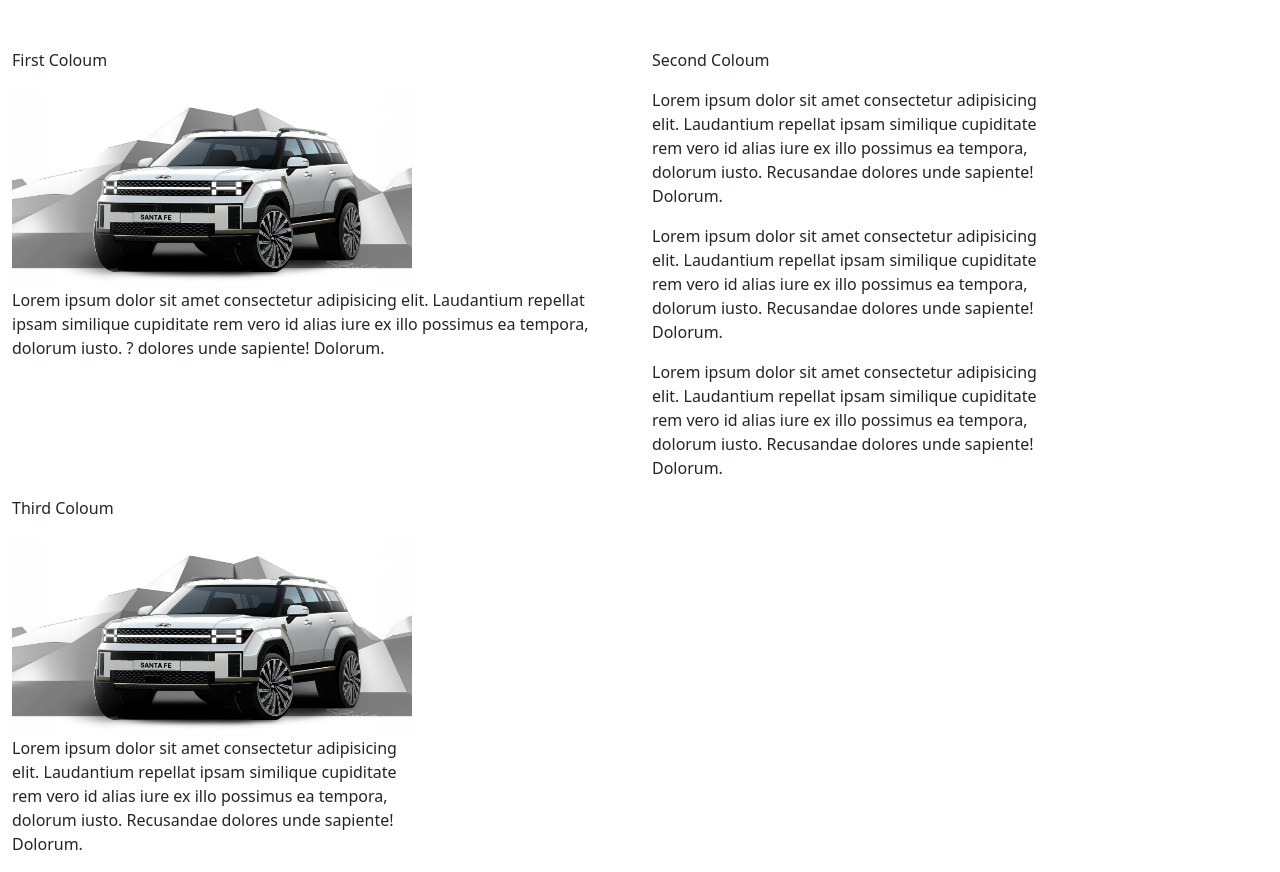
Repository: Femi007-gh/Classwork
Page: index.html
These files come from the project's save history. The page is drawn as it stood at one moment and after the next save; the edit follows.
The browser window is 1280 px wide. The pictures show the whole page.

Above is the page before, as saved 2025-02-02 21:57:01.

### index.html
<html>
  <head>
    <title>Responsiveness</title>
    <link rel="stylesheet" href="style.css">
    <link href="https://cdn.jsdelivr.net/npm/bootstrap@5.0.2/dist/css/bootstrap.min.css" rel="stylesheet" integrity="sha384-EVSTQN3/azprG1Anm3QDgpJLIm9Nao0Yz1ztcQTwFspd3yD65VohhpuuCOmLASjC" crossorigin="anonymous">
  </head>
  <body>
<div class="container-fluid mt-5">
  <div class="row">
    <div class="col-sm-6 md-4 lg-2 xl-2">
      <p>First Coloum</p>
      <img class="img-fluid" src="suv.jpeg">
      <p>Lorem ipsum dolor sit amet consectetur adipisicing elit. Laudantium repellat ipsam similique cupiditate rem vero id alias iure ex illo possimus ea tempora, dolorum iusto. ? dolores unde sapiente! Dolorum.</p>
    </div>
    <div class="col-4">
      <p>Second Coloum</p>
      <p>Lorem ipsum dolor sit amet consectetur adipisicing elit. Laudantium repellat ipsam similique cupiditate rem vero id alias iure ex illo possimus ea tempora, dolorum iusto. Recusandae dolores unde sapiente! Dolorum.</p>
      <p>Lorem ipsum dolor sit amet consectetur adipisicing elit. Laudantium repellat ipsam similique cupiditate rem vero id alias iure ex illo possimus ea tempora, dolorum iusto. Recusandae dolores unde sapiente! Dolorum.</p>
      <p>Lorem ipsum dolor sit amet consectetur adipisicing elit. Laudantium repellat ipsam similique cupiditate rem vero id alias iure ex illo possimus ea tempora, dolorum iusto. Recusandae dolores unde sapiente! Dolorum.</p>
      </div>
      <div class="col-4">
        <p>Third Coloum</p>
        <img class="img-fluid" src="suv.jpeg">
        <p>Lorem ipsum dolor sit amet consectetur adipisicing elit. Laudantium repellat ipsam similique cupiditate rem vero id alias iure ex illo possimus ea tempora, dolorum iusto. Recusandae dolores unde sapiente! Dolorum.</p>
        </div>
  </div>
</div>
  </body>
</html>

### style.css
img {
  height: 400px;
  width: 400px;
}

After the next save:
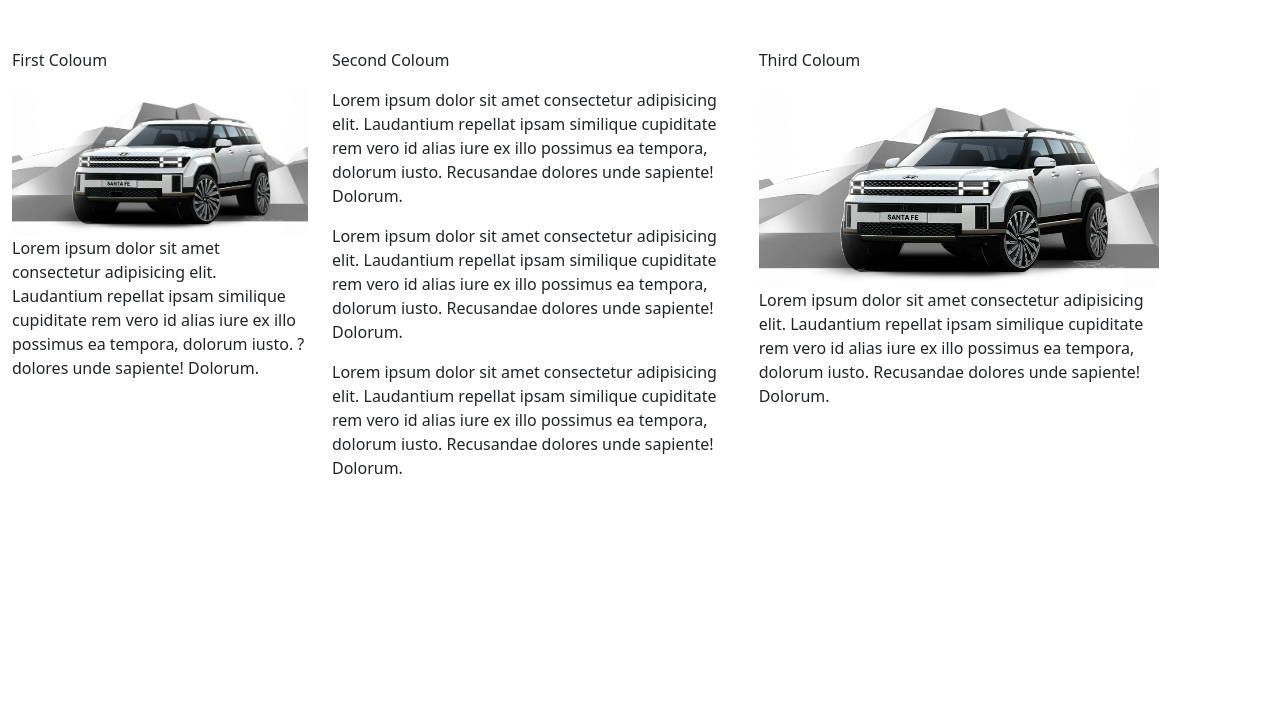
Saved 12 s later.
--- a/index.html
+++ b/index.html
@@ -7,7 +7,7 @@
   <body>
 <div class="container-fluid mt-5">
   <div class="row">
-    <div class="col-sm-6 md-4 lg-2 xl-2">
+    <div class="col-sm-3 md-4 lg-2 xl-2">
       <p>First Coloum</p>
       <img class="img-fluid" src="suv.jpeg">
       <p>Lorem ipsum dolor sit amet consectetur adipisicing elit. Laudantium repellat ipsam similique cupiditate rem vero id alias iure ex illo possimus ea tempora, dolorum iusto. ? dolores unde sapiente! Dolorum.</p>
